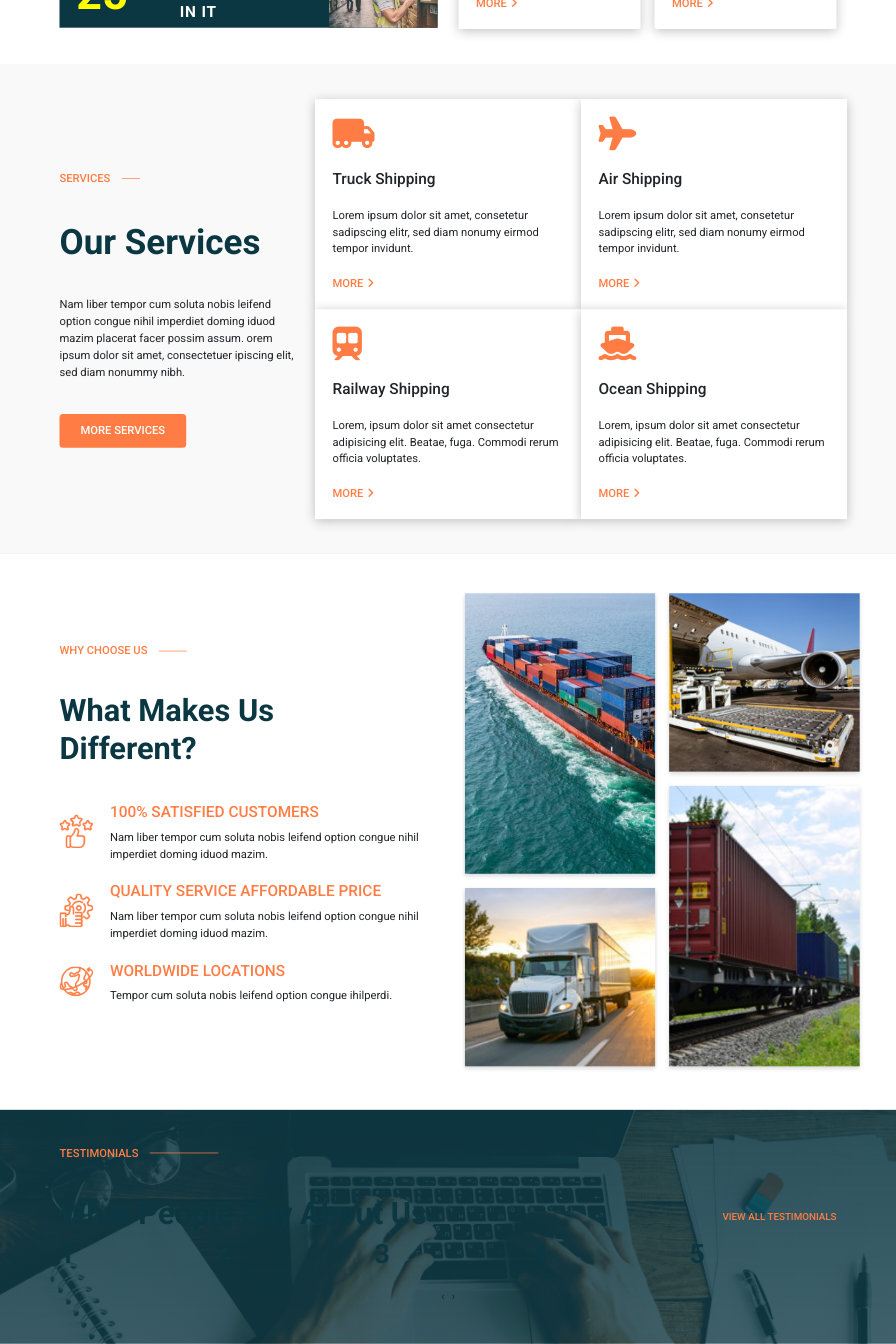
Repository: nazmulalok/shipping-theme
Page: index.html
These files come from the project's save history. The page is drawn as it stood at one moment and after the next save; the edit follows.
The browser window is 1280 px wide. The pictures show the part of the page from y = 1621 to 3541 px (the page is 3541 px tall), at 70% of full size.
Some web libraries are served in a nearby version.

Above is the page before, as saved 2022-10-09 10:25:59.

After the next save:
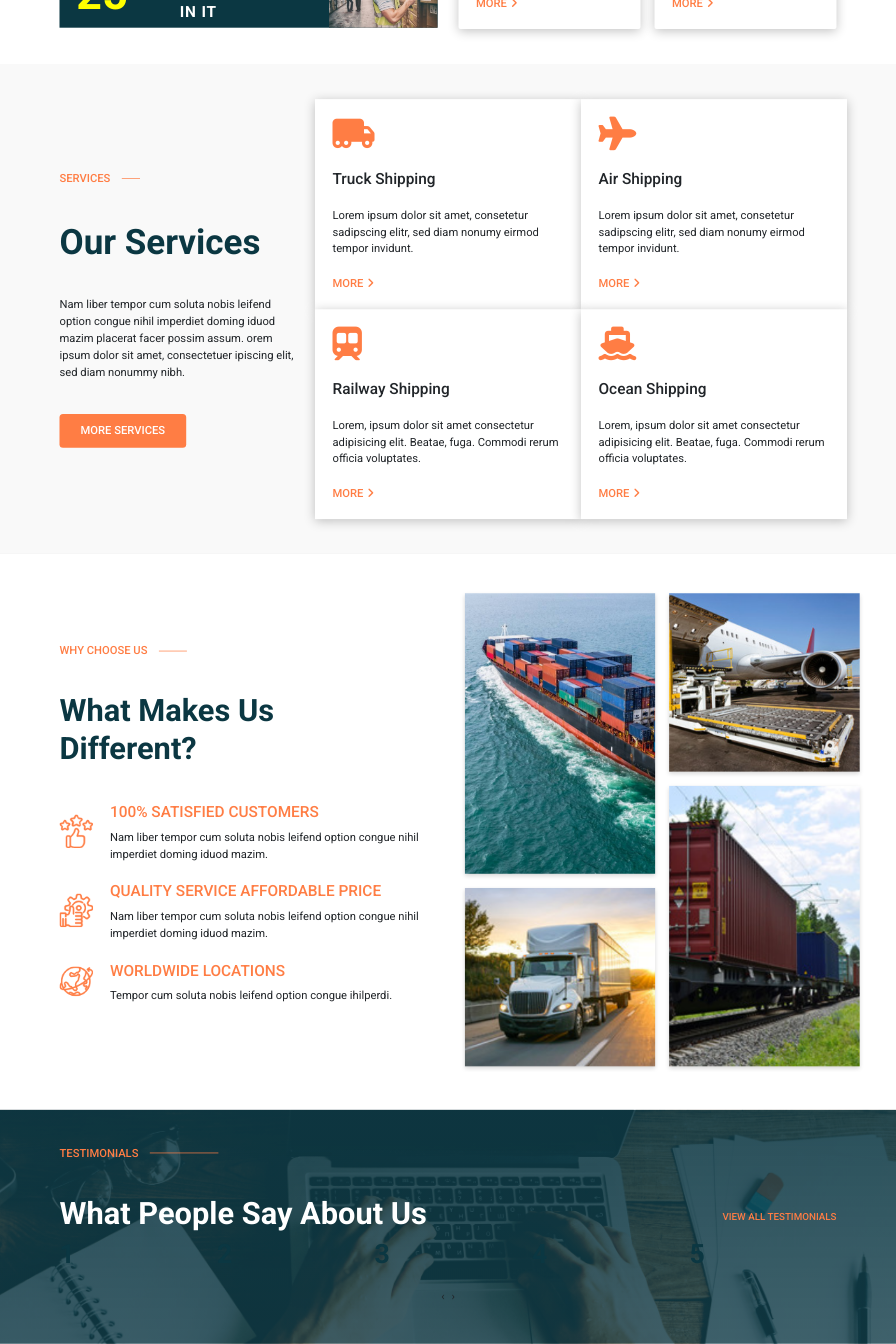
Saved 75 s later.
--- a/style.css
+++ b/style.css
@@ -496,3 +496,7 @@ a.more-btn:after {
     background: none;
     margin-left: 0px;
 }
+
+.testimonial-heading h3 {
+    color: var(--tertiary-color);
+}
